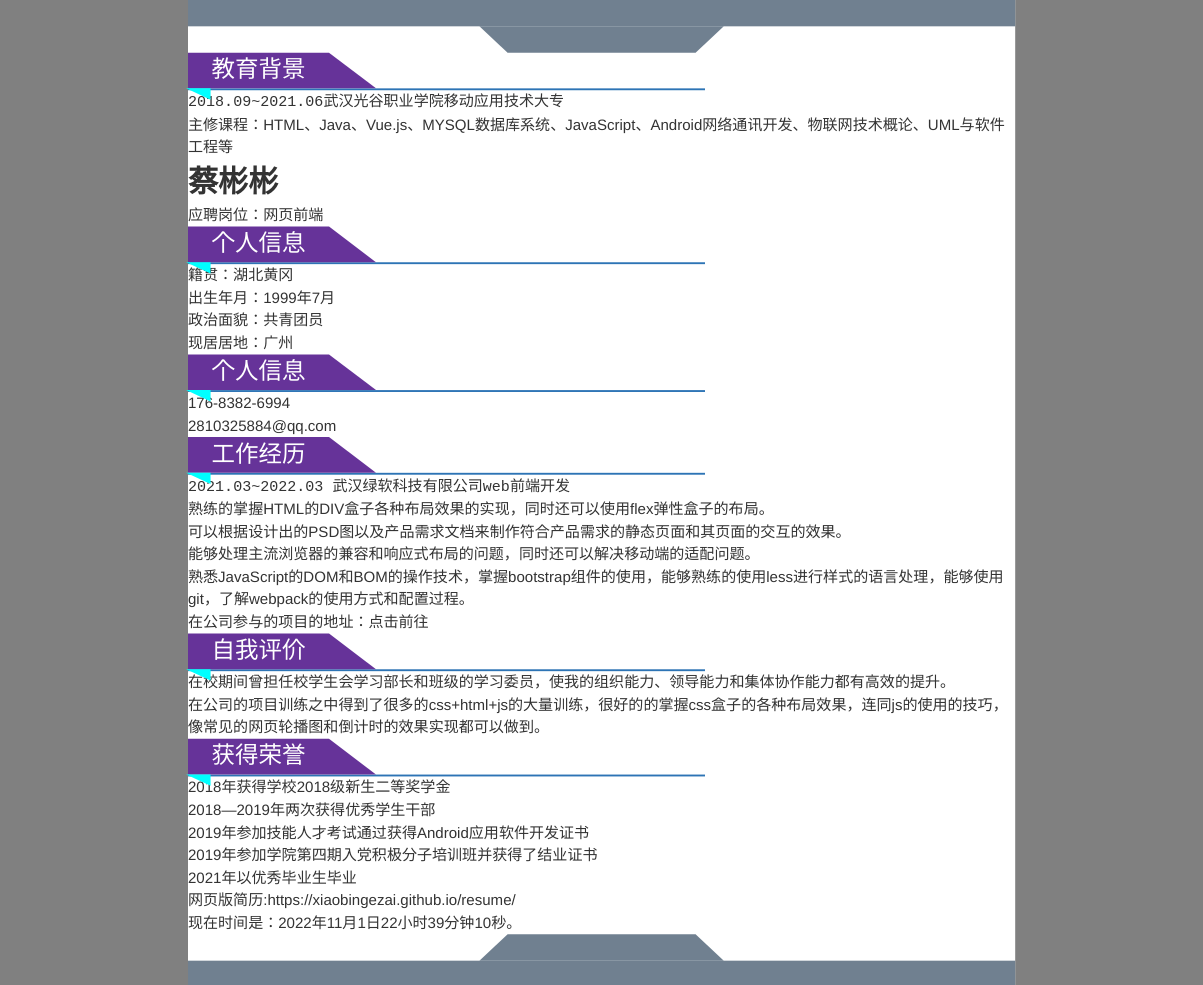
Repository: xiaobingezai/resume
Page: index.html
The author's editor kept a copy of each file at every save. The page is drawn from the files as they stood at one save, then again after the next save.
The browser window is 1280 px wide. The pictures show the whole page, at 94% of full size.

Above is the page before, as saved 2022-11-02 22:44:34.

### index.html
<!DOCTYPE html>
<html lang="en">

<head>
    <meta charset="UTF-8">
    <meta http-equiv="X-UA-Compatible" content="IE=edge">
    <meta name="viewport" content="width=device-width, initial-scale=1.0">
    <title>Document</title>
    <link rel="stylesheet" href="css/index.css">
</head>

<body>
    <div class="wrapper" id="zhengTi">
        <div class="tiXing1"></div>
        <div id="head">
            <div class="jiaoYuBeiJing">
                <div class="zhuangShiTuPian"><samp>教育背景</samp></div>
                <div class="samp1">
                    <samp>2018.09~2021.06</samp><samp>武汉光谷职业学院</samp><samp>移动应用技术</samp><samp>大专</samp>
                </div>
                <p>主修课程：HTML、Java、Vue.js、MYSQL数据库系统、JavaScript、Android网络通讯开发、物联网技术概论、UML与软件工程等</p>
            </div>
            <div id="content" class="clearfix">
                <div class="gongZuoJingLi1">
                    <div class="first">
                        <h1>蔡彬彬</h1>
                        <p>应聘岗位：网页前端</p>
                    </div>
                    <div class="second">
                        <div class="zhuangShiTuPian"><samp>个人信息</samp></div>
                        <ul class="ul1">
                            <li>籍贯：湖北黄冈</li>
                            <li>出生年月：1999年7月</li>
                            <li>政治面貌：共青团员</li>
                            <li>现居居地：广州</li>
                        </ul>
                    </div>
                    <div class="third">
                        <div class="zhuangShiTuPian"><samp>个人信息</samp></div>
                        <ul class="ul2">
                            <li>176-8382-6994</li>
                            <li>2810325884@qq.com</li>
                        </ul>
                    </div>
                </div>
                <div class="gongZuoJingLi">
                    <div class="zhuangShiTuPian"><samp>工作经历</samp></div>

                    <ul class="gongZuoJingLi2">
                        <div class="gongZuo">
                            <samp>2021.03~2022.03 </samp><samp>武汉绿软科技有限公司</samp><samp>web前端开发</samp>
                        </div>
                        <li>熟练的掌握HTML的DIV盒子各种布局效果的实现，同时还可以使用flex弹性盒子的布局。</li>
                        <li>可以根据设计出的PSD图以及产品需求文档来制作符合产品需求的静态页面和其页面的交互的效果。</li>
                        <li>能够处理主流浏览器的兼容和响应式布局的问题，同时还可以解决移动端的适配问题。</li>
                        <li>熟悉JavaScript的DOM和BOM的操作技术，掌握bootstrap组件的使用，能够熟练的使用less进行样式的语言处理，能够使用git，了解webpack的使用方式和配置过程。</li>
                        <li>在公司参与的项目的地址：<a href="http://www.downyi.com/" target="blank">点击前往</a></li>
                    </ul>
                </div>
            </div>
            <div id="tail" class="clearfix">
                <div class="diBu1">
                    <div class="zhuangShiTuPian"><samp>自我评价</samp></div>
                    <ul>
                        <li>在校期间曾担任校学生会学习部长和班级的学习委员，使我的组织能力、领导能力和集体协作能力都有高效的提升。</li>
                        <li>在公司的项目训练之中得到了很多的css+html+js的大量训练，很好的的掌握css盒子的各种布局效果，连同js的使用的技巧，像常见的网页轮播图和倒计时的效果实现都可以做到。</li>
                    </ul>
                </div>
                <div class="diBu2">
                    <div class="zhuangShiTuPian"><samp>获得荣誉</samp></div>
                    <ul>
                        <li>2018年获得学校2018级新生二等奖学金</li>
                        <li>2018—2019年两次获得优秀学生干部</li>
                        <li>2019年参加技能人才考试通过获得Android应用软件开发证书</li>
                        <li>2019年参加学院第四期入党积极分子培训班并获得了结业证书</li>
                        <li>2021年以优秀毕业生毕业</li>
                    </ul>
                </div>
                <div id="jianLi">
                    <p >网页版简历:<a href="https://xiaobingezai.github.io/resume/" target="blank">https://xiaobingezai.github.io/resume/</a></p>
                    <div class="daoJiShi"></div>
                </div>
            </div>
        </div>
        <!-- 底部 -->
        <div class="tiXing2"></div>
    </div>
    <script src="./js/index.js"></script>
</body>

</html>

### css/index.css
/* 清除默认样式的代码 */
/* 去除常见标签默认的 margin 和 padding */
body,
h1,
h2,
h3,
h4,
h5,
h6,
p,
ul,
ol,
li,
dl,
dt,
dd,
input {
    margin: 0;
    padding: 0;
}

/* 內减模式 */
* {
    box-sizing: border-box;
}

/* 设置网页统一的字体大小、行高、字体系列相关属性 */
body {
    font: 16px/1.5 "Helvetica Neue", Helvetica, Arial, "Microsoft Yahei",
        "Hiragino Sans GB", "Heiti SC", "WenQuanYi Micro Hei", sans-serif;
    color: #333;
}

/* 去除列表默认样式 */
ul,
ol {
    list-style: none;
}

/* 去除默认的倾斜效果 */
em,
i {
    font-style: normal;
}

/* 去除a标签默认下划线，并设置默认文字颜色 */
a {
    text-decoration: none;
    color: #333;
}

/* 设置img的垂直对齐方式为居中对齐，去除img默认下间隙 */
img {
    vertical-align: middle;
}

/* 去除input默认样式 */
input {
    border: none;
    outline: none;
    color: #333;
}

/* 左浮动 */
.fl {
    float: left;
}

/* 右浮动 */
.fr {
    float: right;
}

/* 双伪元素清除法 */
.clearfix::before,
.clearfix::after {
    content: "";
    display: table;
}

.clearfix::after {
    clear: both;
}

/* 版心居中 */
.wrapper {
    width: 880px;
    margin: 0 auto;
}

body{
    background-color: rgba(128, 128,128);
}
/* 装饰横条背景 */
.zhuangShiTuPian {
    position: relative;
    text-align: center;
    line-height: 40px;
    font-size: 25px;
    color: #fff;
    width: 550px;
    height: 40px;
    border-bottom: 2px solid #2d74b5;
}
.zhuangShiTuPian::after {
    content: '';
    position: absolute;
    left: -2px;

    width: 0;
    height: 0;
    border-width: 0 26px 12px 0;
    border-style: solid;
    border-color: transparent aqua;
}
.zhuangShiTuPian samp {
    display: block;
    width: 200px;
    height: 0;
    border-bottom: 38px solid rebeccapurple;
    border-right: 50px solid transparent;
}

/* 最外层的盒子的样式设置 */
#zhengTi {
    background-color: #fff;
    border-top: 28px solid #708090 ;
    border-bottom: 28px solid #708090 ;
}
#zhengTi .tiXing1 {
    width: 260px;
    height: 0;
    margin: 0 auto;
    border-top: 28px solid #708090;
    border-left: 30px solid transparent;
    border-right: 30px solid transparent;
}
#zhengTi .tiXing2 {
    width: 260px;
    height: 0;
    margin: 0 auto;
    border-bottom: 28px solid #708090;
    border-left: 30px solid transparent;
    border-right: 30px solid transparent;
}

/* head的区域 */
#zhengTi .head {
    margin-left: 30px;
}

### js/index.js
let daoJiShi = document.querySelector('.daoJiShi');
            shiJian();
            function shiJian() {
                let time = new Date();
                let nian = time.getFullYear();
                let yue = time.getMonth();
                let ri = time.getDate();
                let h = time.getHours();
                let m = time.getMinutes();
                let s = time.getSeconds();
                let dangQianShiJian = '现在时间是：' + +nian + '年' + (yue + 1) + '月' + ri + '日' + h + '小时' + m + '分钟' + s + '秒' +
                    '。';
                daoJiShi.innerHTML = dangQianShiJian;
            }
            setInterval('shiJian()', 1000);

After the next save:
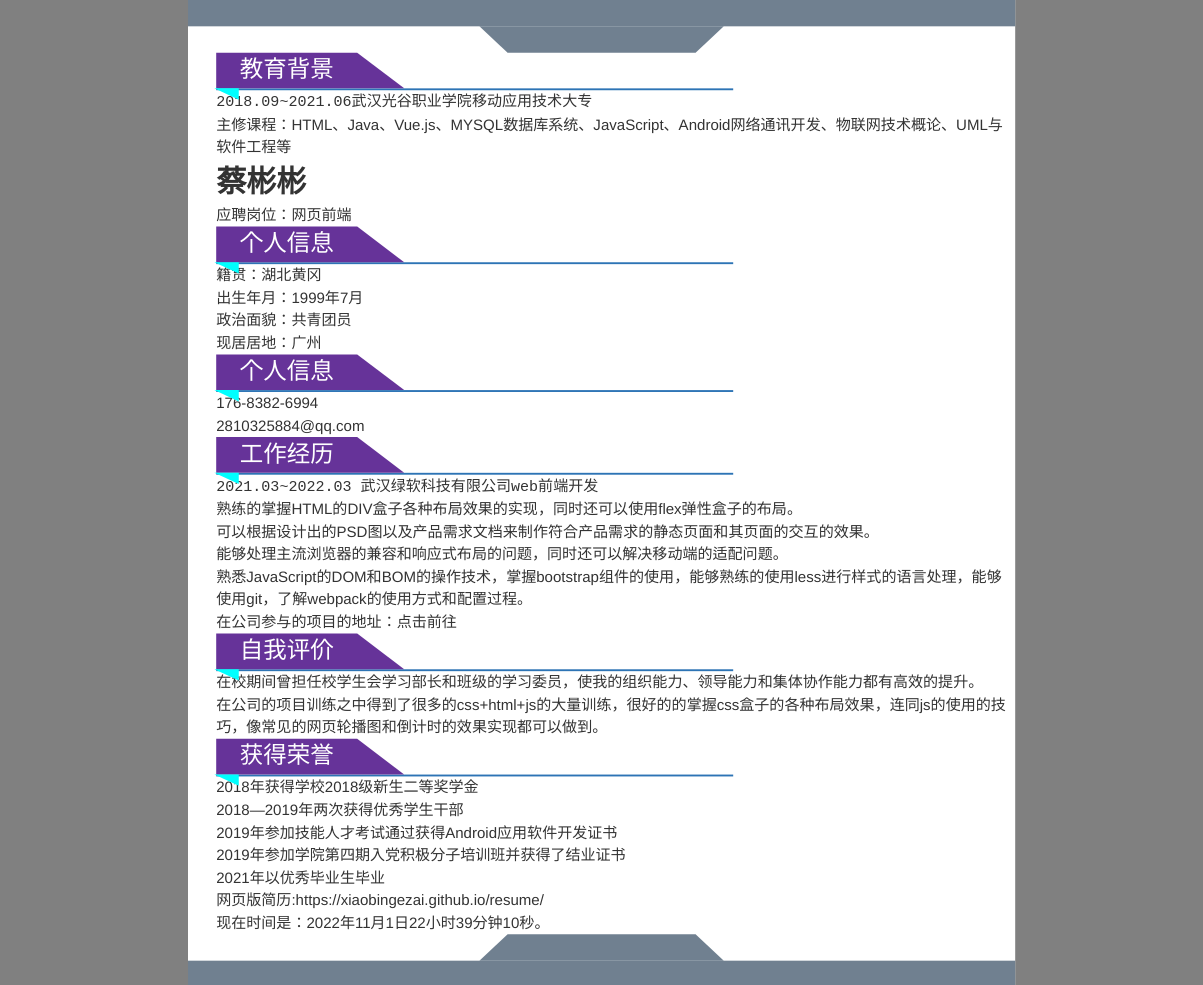
Saved 30 s later.
--- a/css/index.css
+++ b/css/index.css
@@ -145,6 +145,6 @@ body{
 }
 
 /* head的区域 */
-#zhengTi .head {
+#zhengTi #head {
     margin-left: 30px;
 }
